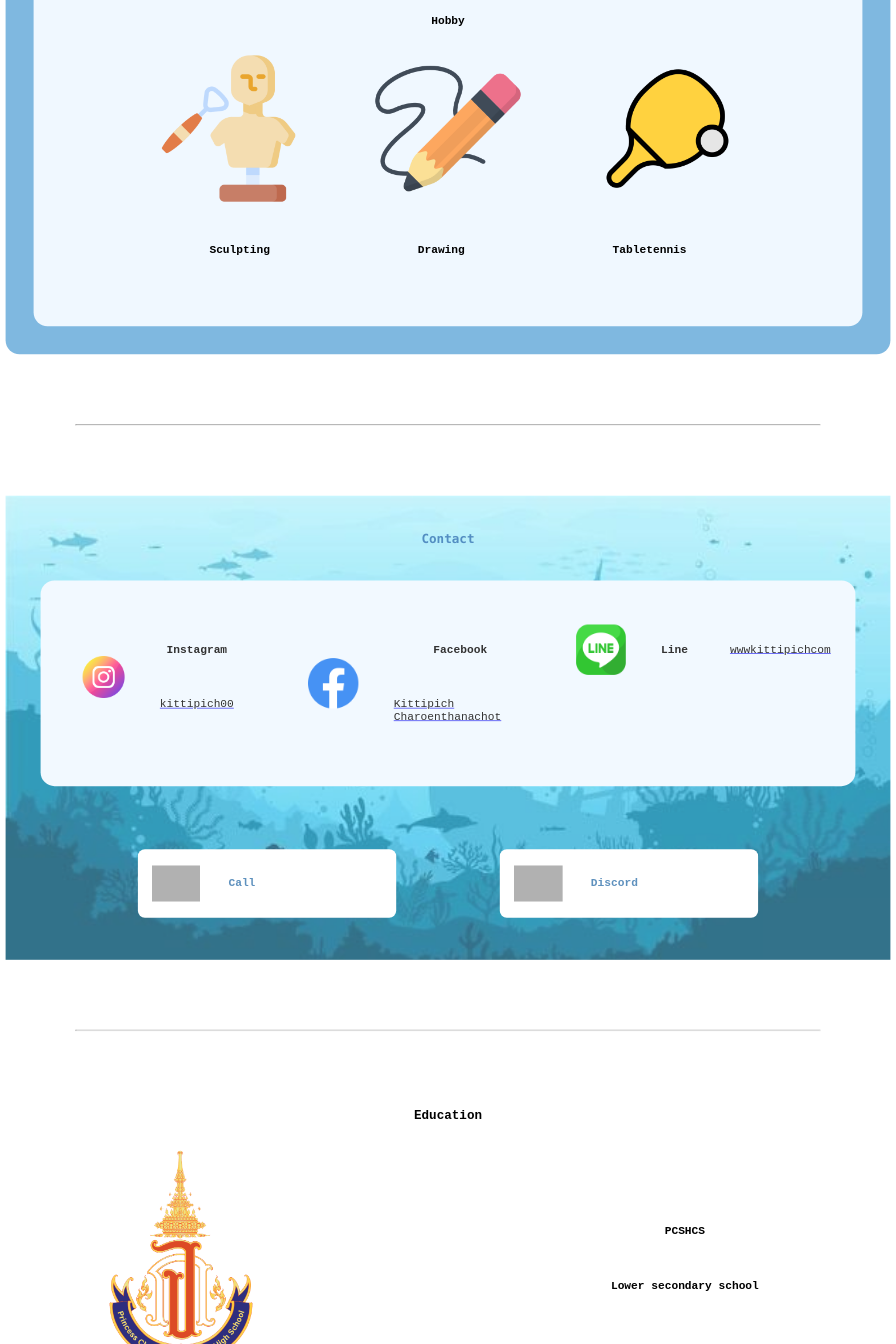
Repository: kittipichcha/Port1
Page: page1.html
The author's editor kept a copy of each file at every save. The page is drawn from the files as they stood at one save, then again after the next save.
The browser window is 1280 px wide. The pictures show the part of the page from y = 1623 to 3543 px (the page is 4599 px tall), at 70% of full size.
Pictures or frames that could not be fetched are drawn as grey boxes.

Above is the page before, as saved 2024-10-15 22:58:52.

### page1.html
<!DOCTYPE html>
<html>
<head>
  <title>Home</title>
  <link rel="stylesheet" href="style.css">
</head>
<body>
  <nav class = "background">
    <ul class = "textButton">
      <li><a href="#section1">About me</a></li>
      <li><a href="#section2">Contact</a></li>
      <li><a href="#section3">Education</a></li>
      <li><a href="#section4">Skill</a></li>
    </ul>
  </nav>

  <div class = "widget background" style = "background-image: url('underSea.jpg'); opacity:80%; align-content:space-between;">
    <div class = "widget1" style="margin: 100px; justify-content: center; background-color:aliceblue; border-radius: 20px; width:40%;">
      <h1 class="textGeneral" style="font-size: larger;"> Portfolio </h1>
      <h1 class="textTopic" style = "margin: 10px"> " </h1>
      <h2 class="textGeneral"> "No one is perfect" </h2>
      <h2 class="textGeneral"> "Now is the best time" </h2>
      <h2 class="textGeneral"> "There's still tomorrow" </h2>
      <h1 class="textTopic"> " </h1>
    </div>
    <div class = "container" style = "width: 70%;">
      <img class = "icon" src = "/icon/baby.png" class = "icon" style = "width: 70%; margin:30px">
      <div class = "overlay" style = "width: 60%;">
        <h1 class = "textImage"> My name is Kittipich Charoenthanachot. </h1>
      </div>
    </div>
  </div>

  <hr class="space">

  <!-- About me -->
  <section id="section1">
    <div class = "backgroundColor">
      <h1 class = "textGeneral" style="justify-content: center;"> About me </h1>
      <div class = "widget">
        <!-- born -->
        <div style = "justify-content: flex-start;">
          <img class = "image" src="icon\baby.png" alt="Logo">
          <h3 class = "textGeneral" style = "color: rgb(27, 14, 149);"> 25 Aug 2006 </h3>
        </div>
        <!-- live -->
        <div style = "justify-content: flex-start;">
          <img class = "image" src="icon\placeholder.png" alt="Place">
          <h3 class = "textGeneral" style = "color: rgb(27, 14, 149);"> Saimai district, Bangkok </h3>
        </div>
        <br class = "space1">
      </div>
      <div class = "widget">
        <!-- study -->
        <div style = "justify-content: flex-start;">
          <img class = "image" src="icon\graduation.png" alt="Logo">
          <h3 class = "textGeneral" style = "color: rgb(27, 14, 149);"> KMUTT </h3>
          <h4 class = "textGeneral" style = "color: rgb(27, 14, 149);"> Engineering department, computer engineering(CPE)</h4>
        </div>

        <!-- family -->
        <div style = "justify-content: flex-start;">
          <img class = "image" src="icon\family.png" alt="Logo">
          <h3 class = "textGeneral" style = "color: rgb(27, 14, 149);"> I have one younger brother </h3>
        </div>
      </div>
      <!-- hobby -->
      <div class = "backgroundColor" style = "background-color: aliceblue;">
        <h1 class = "textGeneral" style = "justify-content: center;"> Hobby </h1>
        <div class = "widget">
          <img class = "image" style = "width:20%;" src="icon\sculpt.png" alt="Logo">
          <img class = "image" style = "width:20%;" src="icon\pencil.png" alt="Logo">
          <img class = "image" style = "width:20%;" src="icon\game.png" alt="Logo">
        </div>
        <div class = "widget">
          <h2 class = "textGeneral"> Sculpting </h2>
          <h2 class = "textGeneral"> Drawing </h2>
          <h2 class = "textGeneral"> Tabletennis </h2>
        </div>
      </div>
    </div>
  </section>

  <hr class="space">
  <!-- Contact -->
  <section id="section2"  class = "background" style = "background-image: url('underSea1.jpg');">
    <h1 class = "textTopic" style="font-size: large; color:rgb(41, 114, 179)"> Contact </h1>
    <div class = "widget backgroundColor" style="align-items: flex-start; background-color:aliceblue;">
      <div style = "justify-content: flex-start;">
        <img class = "image" src="icon\instagram.png" alt="Logo">
        <div class = "widget1">
          <h2 class = "textGeneral"> Instagram </h2>
          <a href="https://www.instagram.com/">
            <p class = "textGeneral"> kittipich00 </p>
          </a>
      </div>
      </div>

      <div style = "justify-content: flex-start;">
        <img class = "image" src="icon\facebook.png" alt="Logo">
        <div class = "widget1">
          <h2 class = "textGeneral"> Facebook </h2>
          <a href="https://www.facebook.com/">
            <p class = "textGeneral"> Kittipich Charoenthanachot</p>
          </a>
        </div>
      </div>

      <div style = "justify-content: flex-start;">
        <img class = "image" src="icon\line.png" alt="Logo">
        <div>
          <h2 class = "textGeneral"> Line </h2>
          <a href="https://www.line.com/">
            <p class = "textGeneral"> wwwkittipichcom </p>
          </a>
        </div>
      </div>
    </div>
    <div class = "space1"> </div>
    <div class = "widget" style="align-items: flex-start;">
      <div class = "icon2" style = "justify-content: flex-start;">
        <img class = "image" src="https://cdn-icons-png.flaticon.com/128/483/483947.png" alt="Logo">
        <h2 class = "textGeneral" style = "color:  rgb(55, 118, 174);"> Call </h2>
      </div>

      <div class = "icon2" style = "justify-content: flex-start";>
        <img class = "image" src="https://cdn-icons-png.flaticon.com/128/5968/5968756.png" alt="Logo">
        <h2 class = "textGeneral" style = "color: rgb(55, 118, 174);" > Discord </h2>
      </div>
    </div>
  </section>

  <hr class="space">
  <!-- Education -->
  <section id="section3">
    <h1 class = "textGeneral" style = "font-size: large;  justify-content:center;"> Education </h1>
    <div>
      <div class = "widget" style = "justify-content:space-around;">
        <img class = "image" style = "width:17%" src="icon\logo.png" alt="Logo">
        <br class="space">
        <div class = "widget1" style = "justify-content: center;">
          <h2 class = "textGeneral"> PCSHCS </h2>
          <h2 class = "textGeneral"> Lower secondary school </h2>
        </div>
      </div>

      <div class = "widget" style = "justify-content: space-around;">
        <img class = "image" src="icon\R.jpg" alt="Logo">
        <br class="space">
        <div class = "widget1" style = "justify-content: center;">
          <h2 class = "textGeneral"> SciUS TU SKR </h2>
          <h2 class = "textGeneral"> Higher secondary school </h2>
        </div>
      </div>

      <div class = "widget" style = "justify-content: space-around;">
        <img class = "image" src="icon\kmutt.jpg" alt="Logo">
        <br class="space">
        <div class = "widget1">
          <h2 class = "textGeneral"> KMUTT </h2>
          <h2 class = "textGeneral"> Bachelor’s degree </h2>
        </div>
      </div>
    </div>
  </section>

  <hr class="space">
  <!-- Skill -->
  <section id = "section4">
    <h2 class = "textGeneral" style = "justify-content: center; font-size:large"> Skill </h2>
    <div class = "widget">
      <div class = "widget1">
          <a href="page2.html">
            <div class = "container">
              <h2 class = "overlay textGeneral" style = "background-color:rgba(240, 248, 255, 0);"> Sculpting  </h2>
              <img class = "icon" style = "width:50%;"src="icon\sculpt.png">
            </div>
          </a>
      </div>

      <div class = "widget1">
        <a href="page3.html">
          <div class = "container">
            <h2 class = "overlay textGeneral" style = "background-color:rgba(240, 248, 255, 0);"> Painting  </h2>
            <img class = "icon" style = "width:50%;"src="icon\paint.png">
          </div>
        </a>
      </div>

      <div class = "widget1">
        <a href="page4.html">
          <div class = "container">
            <h2 class = "overlay textGeneral" style = "background-color:rgba(240, 248, 255, 0);"> Board game</h2>
            <img class = "icon" style = "width:50%;"src="icon\dice.png">
          </div>
        </a>
      </div>

  </section>
</body>
</html>

### style.css
nav {
    background-color: #318b9b;
    padding: 10px;
    display: flex;
    justify-content: flex-end;
    opacity: 80%;
    border-radius: 10px;
}

nav ul li {
    display: inline-block;
}

nav ul li a:hover {
    background-color: #257ab7;
    border-radius: 5px;
    text-decoration: underline;
}

.textButton li a {
    color: #ffffff;
    text-decoration: none;
    font-family: 'Lucida Console', monospace;
    padding: 10px;
}

.textGeneral {
    color: #000000;
    font-size: medium;
    font-family: 'Courier New', monospace;
    margin: 20px;
    padding: 10px;
    display: flex;
    justify-content: left;
}

.textTopic {
    color: #000000;
    text-decoration: none;
    font-family: 'Lucida Console', monospace;
    margin: 30px;
    margin-bottom: 50px;
    display: flex;
    justify-content: center;
}

.widget {
    display: flex;
    justify-content: space-evenly;
    margin: 30px;
}

.widget div {
    display: flex;
    justify-content: space-between;
    align-items: center;
    margin: 10px;
}

.overlay {
    padding: 20px;
    margin: 50px;
    border-radius: 10px;
    position: absolute;
    top: 0;
    bottom: 0;
    left: 0;
    right: 0;
    height: 80%;
    width: 80%;
    opacity: 0;
    transition: .5s ease;
    background-color: #358eac9e;
}

.container {
    position: relative;
}

.container:hover .overlay{
    opacity: 1.6;
}

.container:hover {
    opacity: 0.5;
}

.textImage {
    color: white;
    font-family: 'Courier New', Courier, monospace;
    position: absolute;
    top: 50%;
    left: 50%;
    transform: translate(-50%, -50%);
    -ms-transform: translate(-50%, -50%);
}

.widget div img {
    display: flex;
    justify-content: space-between;
    align-items: center;
    margin: 10px;
}

.widget1 {
    display: flex;
    flex-direction: column;
    justify-content: space-around;
    align-content: space-around;
    margin: 10px;
}



.space {
    display: flex;
    margin: 100px;
}

.space1 {
    display: flex;
    margin: 40px;
}

.icon {
    display: block;
    border: 2px solid #ddd;
    border-radius: 4px;
    width: 30%;
    align-items: center;
    justify-content: center;
}

.icon2 {
    padding: 10px;
    display: block;
    background-color: #ffffff;
    border-radius: 10px;
    width: 30%;
    align-items: center;
    justify-content: center;
}

.image {
    display: block;
    width: 20%;
    align-items: center;
    justify-content: center;
}

.icon2Text {
    display: block;
    border: 2px solid #ddd;
    border-radius: 4px;
    width: 30%;
    align-items: center;
    justify-content: center;
}

.background {
    background-image: url("beach.jpg");
    background-size: cover;
    padding: 20px;
    opacity: 80%;
}

.backgroundColor {
    background-color:#348ecea0;
    border-radius: 20px;
    padding: 40px;
}

.galleryContainer {
    justify-content: center;
}

.galleryContainer img {
    border: 5px solid #ddd;
    border-radius: 10px;
    height: auto;
    width: 20%;
    margin: 10px;
}

.scrollImage {
    background-color: #e0dddd;
    overflow: auto;
    display: flex;
    justify-content: flex-start;
    white-space: nowrap;
}

.scrollImage div img {
    border: 2px solid #ffffff;
    border-radius: 5px;
    height: auto;
    width: 20%;
    margin: 20px;
}

.topicAndPara {
    display: flex;
    flex-direction: column;
    justify-content: flex-start;
}

.topicAndPara:nth-child(n) {
    color: #000000;
    font-size: medium;
    font-family: 'Courier New', monospace;
    margin: 10px;
    padding: 10px;
    display: flex;
    justify-content: left;
}

.button {
    display: flex;
    border: none;
    border-radius: 10px;
    background-image: url("beach.jpg");
    padding: 50px;
    text-align: center;
    text-decoration: none;
    display: inline-block;
    font-family: 'Courier New', monospace;
    color:#ffffff;
    font-size: large;
    text-shadow: 1px 2px black;
    margin: 5px;
    transition-duration: 0.4s;
    cursor: pointer;
}

After the next save:
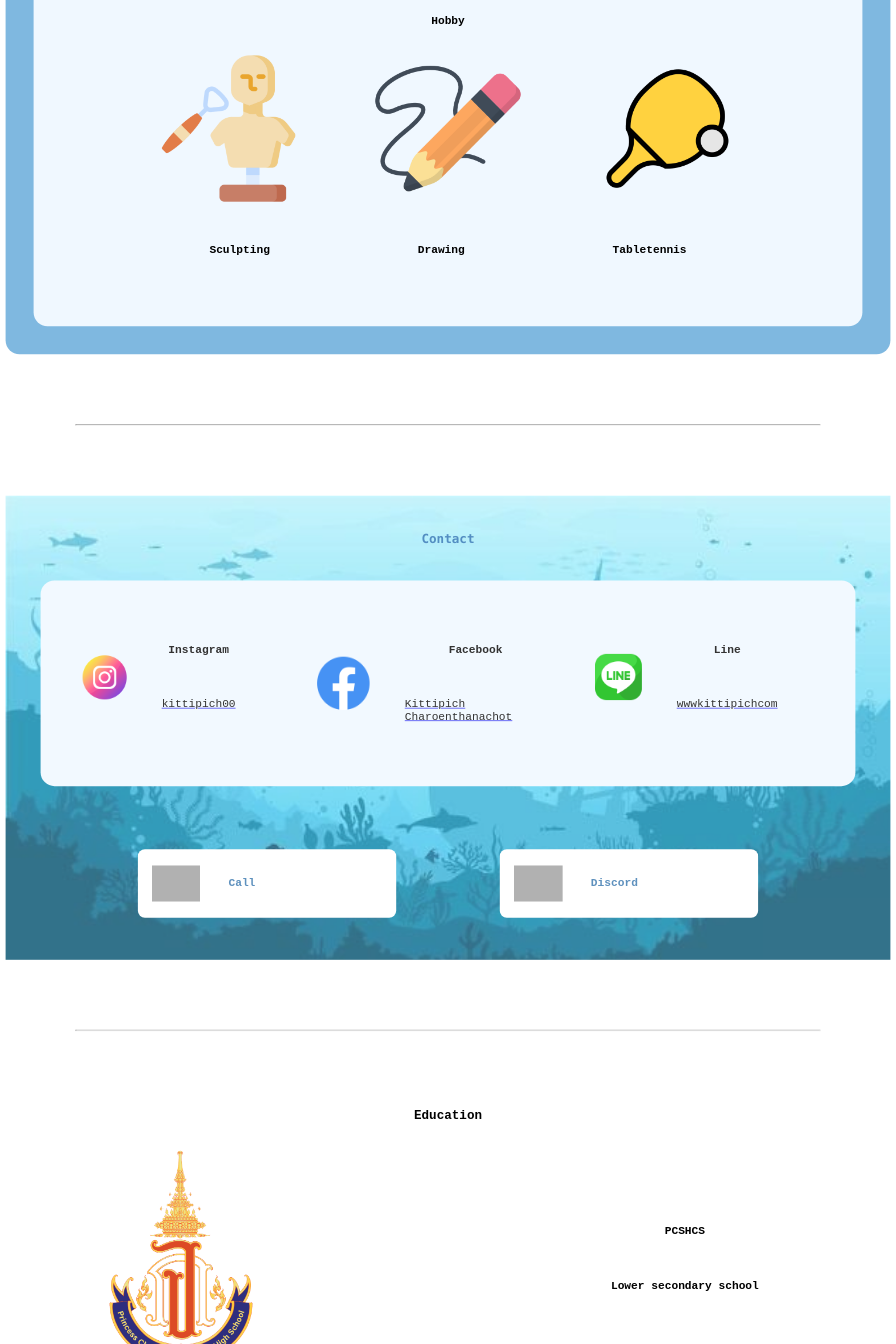
Saved 5 min 38 s later.
--- a/page1.html
+++ b/page1.html
@@ -108,7 +108,7 @@
 
       <div style = "justify-content: flex-start;">
         <img class = "image" src="icon\line.png" alt="Logo">
-        <div>
+        <div class = "widget1">
           <h2 class = "textGeneral"> Line </h2>
           <a href="https://www.line.com/">
             <p class = "textGeneral"> wwwkittipichcom </p>
